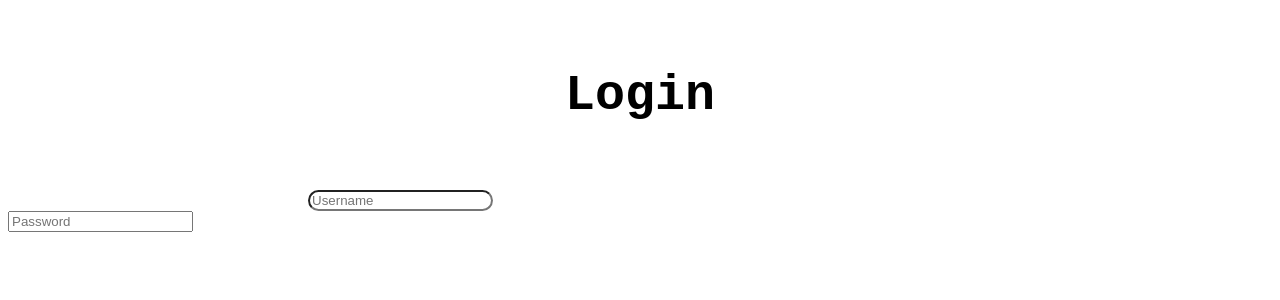
Repository: yhung004/TUTORIAL_PAGE
Page: log_in.html
The author's editor kept a copy of each file at every save. The page is drawn from the files as they stood at one save, then again after the next save.
The browser window is 1280 px wide. The pictures show the whole page.

Above is the page before, as saved 2024-04-10 12:12:13.

After the next save:
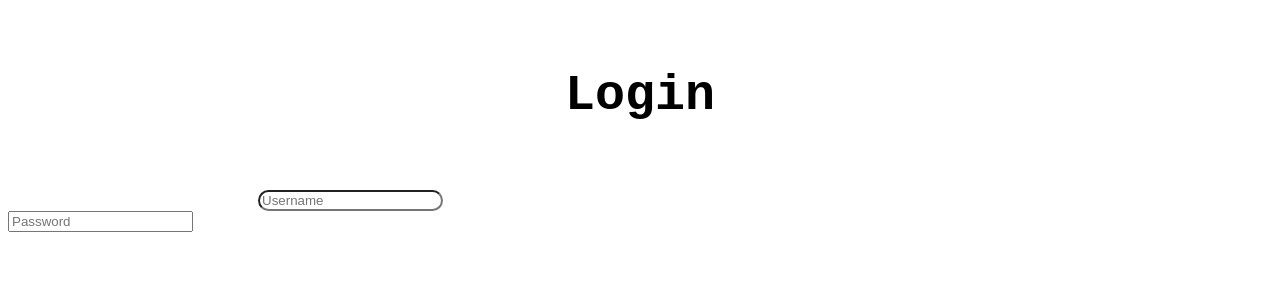
Saved 6 s later.
--- a/main.css
+++ b/main.css
@@ -47,5 +47,5 @@ a.button_a1 {
 .username {
     position: relative;
     border-radius: 30px;
-    left: 300px;
+    left: 250px;
 }
